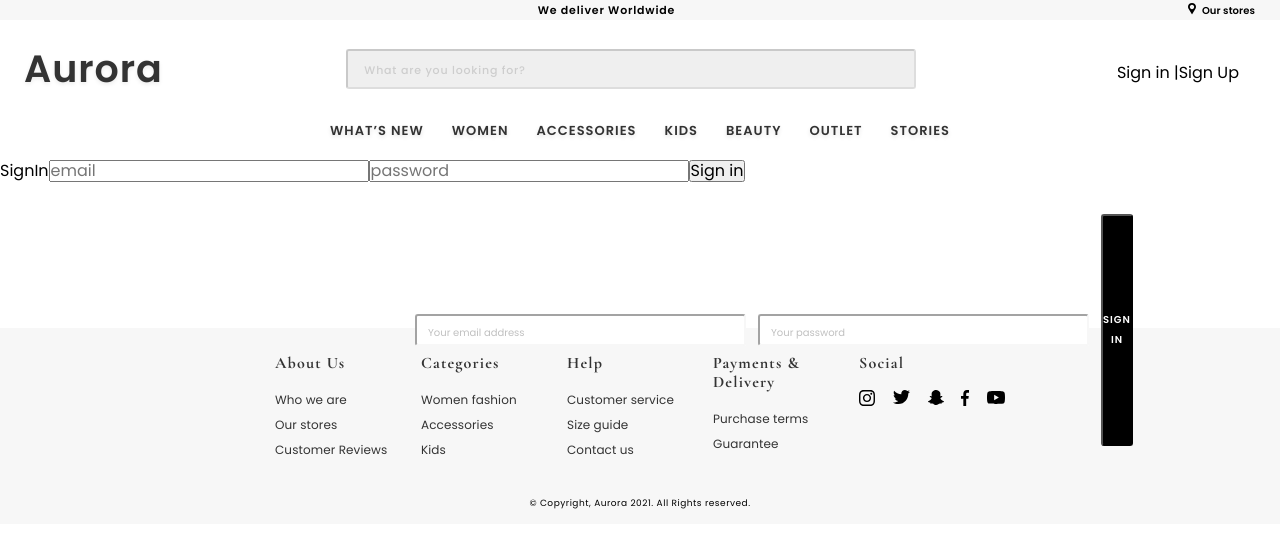
Repository: YuraKrvz/aurora-react-redux-toolkit-firebase
Page: /signIn
The author's editor kept a copy of each file at every save. The page is drawn from the files as they stood at one save, then again after the next save.
The browser window is 1280 px wide. The pictures show the whole page.
The project was rebuilt for these pictures with package versions that can differ from the ones it lists, and the page was loaded fresh each time. Also part of the build but not shown: src/components/MainSection/MainSection.jsx, src/pages/HomeGuest.jsx, src/pages/HomeUser.jsx, src/pages/SignUp.jsx.

Above is the page before, as saved 2021-11-29 13:08:21.

### public/index.html
<!DOCTYPE html>
<html lang="en">
  <head>
    <meta charset="utf-8" />
    <link rel="icon" href="%PUBLIC_URL%/favicon.ico" />
    <meta name="viewport" content="width=device-width, initial-scale=1" />
    <meta name="theme-color" content="#000000" />
    <meta
      name="description"
      content="Web site created using create-react-app"
    />
    <link rel="apple-touch-icon" href="%PUBLIC_URL%/logo192.png" />
    <link rel="manifest" href="%PUBLIC_URL%/manifest.json" />
    <link rel="preconnect" href="https://fonts.googleapis.com">
    <link rel="preconnect" href="https://fonts.googleapis.com">
    <link rel="preconnect" href="https://fonts.gstatic.com" crossorigin>
    <title>React App</title>
  </head>
  <body>
    <noscript>You need to enable JavaScript to run this app.</noscript>
    <div id="root"></div>
  </body>
</html>

### src/index.css
@import '~normalize.css';
@import url('https://fonts.googleapis.com/css2?family=Poppins:wght@100;200;300;400;500;600;700&display=swap');
@import url('https://fonts.googleapis.com/css2?family=Cormorant+Garamond:wght@300;400;500;600;700&display=swap');

*, ::after, ::before {
  margin: 0;
  padding: 0;
  box-sizing: border-box;
  font-family: var(--text-regular-poppins);
  color: var(--color-very-black);
}

:root{
  --text-regular-poppins: 'Poppins';
  --text-cormorant-garamond: 'Cormorant Garamond';

  --color-black: #333333;
  --color-very-black: #000000;
  --color-white:  #FFFFFF;
  --color-silver: #F7F7F7;

  --src-guest: './insta.svg';
  --src-user: './user.svg';
  --bg-wall: var(--src-guest);
}

### src/components/CustomRouter/CustomRouter.jsx
import { Routes, Route } from 'react-router-dom';
import HomeGuest from '../../pages/HomeGuest';
import HomeUser from '../../pages/HomeUser';
import SignIn from '../../pages/SignIn';
import SignUp from '../../pages/SignUp';
import {useAuthorization} from '../../hooks/useAuthorization';

const CustomRouter = () => {
   const {isAuth} = useAuthorization();

   return (
      <>
      <Routes>
         {
         isAuth ? (
            <>
               <Route path='/' element={<HomeUser />} />
               <Route path='/signIn' element={<SignIn />} />
               <Route path='/signUp' element={<SignUp />} />
            </>
         ) : (
            <>
               <Route path='/' element={<HomeGuest />} />
               <Route path='/signIn' element={<SignIn />} />
               <Route path='/signUp' element={<SignUp />} />
            </>
         )
         }
      </Routes>
      </>
   )
}

export default CustomRouter

### src/components/Header/Header.jsx
import React from 'react';
import s from './Header.module.css';
import { NavLink } from 'react-router-dom';
import GlobalSvgSelector from '../../source/GlobalSvgSelector';
import OverHeader from './OverHeader/OverHeader';
import Authorization from '../Authorization/Authorization';

const Header = () => {
   return (
      <>
         <header className={s.header}>
            <OverHeader />
            <div className={s.header_body}>
               <NavLink to='/' className={s.header_title}>Aurora</NavLink>
               <label className={s.input_wrap}>
                  <input className={s.header_searcher} type="text" placeholder="What are you looking for?" />
                  <GlobalSvgSelector className={s.icon} id="fill" color='black' />
               </label>
               <div>
                  <Authorization />
               </div>
            </div>
            <ul className={s.header_list}>
               <li className={s.header_list__item}>what’s new</li>
               <li className={s.header_list__item}>women</li>
               <li className={s.header_list__item}>accessories</li>
               <li className={s.header_list__item}>kids</li>
               <li className={s.header_list__item}>beauty</li>
               <li className={s.header_list__item}>outlet</li>
               <li className={s.header_list__item}>stories</li>
            </ul>
         </header>
      </>
   )
}

export default Header


// HEADER / Aurora
// <h6>{email}</h6>
//    <ul>
//       <li>
//          <NavLink  to='/' >home</NavLink>
//          <NavLink  to='/signIn' >signIn</NavLink>
//          <NavLink  to='/signUp' >signUp</NavLink>
//       </li>
//    </ul>
// </header>

### src/components/Footer/Footer.jsx
import GlobalSvgSelector from '../../source/GlobalSvgSelector';
import s from './Footer.module.css';

function Footer(){
   return (
      <>
         <footer className={s.footer}>
            <div className={s.footer_inner}>
               <div className={s.footer_item}>
                  <h6 className={s.title}>About Us</h6>
                  <ul className={s.list}>
                     <li className={s.text}>Who we are</li>
                     <li className={s.text}>Our stores</li>
                     <li className={s.text}>Customer Reviews</li>
                  </ul>
               </div>
               <div className={s.footer_item}>
                  <h6 className={s.title}>Categories</h6>
                  <ul className={s.list}>
                     <li className={s.text}>Women fashion</li>
                     <li className={s.text}>Accessories</li>
                     <li className={s.text}>Kids</li>
                  </ul>
               </div>
               <div className={s.footer_item}>
                  <h6 className={s.title}>Help</h6>
                  <ul className={s.list}>
                     <li className={s.text}>Customer service</li>
                     <li className={s.text}>Size guide</li>
                     <li className={s.text}>Contact us</li>
                  </ul>
               </div>
               <div className={s.footer_item}>
                  <h6 className={s.title}>Payments & Delivery</h6>
                  <ul className={s.list}>
                     <li className={s.text}>Purchase terms</li>
                     <li className={s.text}>Guarantee</li>
                  </ul>
               </div>
               <div className={s.footer_item}>
                  <h6 className={s.title}>Social</h6>
                  <ul className={s.list}>
                     <li className={s.social_icon}>
                        <a href="#"><GlobalSvgSelector id='instagram' /></a>
                        <a href="#"><GlobalSvgSelector id='twitter' /></a>
                        <a href="#"><GlobalSvgSelector id='snapchat' /></a>
                        <a href="#"><GlobalSvgSelector id='facebook' /></a>
                        <a href="#"><GlobalSvgSelector id='youtube' /></a>
                     </li>
                  </ul>
               </div>
            </div>
            <div className={s.copy_right}>
               <p>© Copyright, Aurora 2021. All Rights reserved.</p>
            </div>
         </footer>
      </>
   )
}

export default Footer

### src/pages/SignIn.jsx
import React, {useRef, useEffect} from 'react';
import s from '../components/MainSection/MainSection.module.css';
import {signIn} from '../firebase';
import {useDispatch} from 'react-redux';
import {setLogin} from '../store/slices/userSlice';

const SignIn = () => {
   const dispatch = useDispatch();
   const emailRef = useRef();
   const passwordRef = useRef();

   async function handler(){
      try{
         await signIn(emailRef.current.value, passwordRef.current.value)
         .then(({user}) => {
            console.log(user);
            dispatch(setLogin({
               email: user.email,
               id: user.uid,
               token: user.accessToken,
            }))
         })
      }
      catch(e){
         console.error(e)
      }
   }


   return (
      <div>
         SignIn
         <input ref={emailRef} placeholder='email' />
         <input ref={passwordRef} placeholder='password' />
         <button onClick={handler} >Sign in</button>

         <div className={s.section_register_field}>
         <label className={s.input_wrap}>
            <input className={s.section_register_input} type="email" placeholder='Your email address' />
            <input className={s.section_register_input} type="password" placeholder='Your password' />
            <button className={s.section_register_btn} >Sign In</button>
         </label>
         </div>
      </div>
   )
}

export default SignIn;

### src/hooks/useAuthorization.jsx
import {useSelector} from 'react-redux';

export function useAuthorization(){
   const {email, id, token} = useSelector(state => state.user);

   return {
      isAuth: !!email,
      email,
      id,
      token,
   }
}

### src/components/Header/Header.module.css
.header{
   width: 100%;
   height: 160px;
   /* background: linear-gradient(180deg, rgba(51, 51, 51, 0.9) 14.31%, rgba(27, 27, 27, 0.469176) 58.6%, rgba(0, 0, 0, 0.0001) 100%); */
   mix-blend-mode: normal;
   /* opacity: 0.24; */
   /* background: rgba(0, 0, 0, 0.1); */
   /* background-color: black; */
}
.header_body{
   display: flex;
   justify-content: space-between;
   align-items: center;
   padding: 0 24px;
}
.header_title{
   margin: 0;
   font-style: normal;
   font-weight: 600;
   font-size: 38px;
   line-height: 57px;
   letter-spacing: 0.95px;
   color: var(--color-black, --color-white);
   text-shadow: 0px 2px 4px rgba(0, 0, 0, 0.08);
   text-decoration: none;
}
.input_wrap{
   position: relative;
}
.header_searcher{
   background-color: silver;
   border-color: none;
   mix-blend-mode: normal;
   opacity: 0.24;
   border-radius: 3px;
   width: 570px;
   height: 40px;
   color: var(--color-very-black);
}
.icon{
   position: absolute;
   width: 17px;
   height: 17px;
   top: 30%;
   right: 10px;
   /* background-color: var(--color-very-black) */
}
.header_searcher::placeholder {
   padding: 16px;
   height: 17px;
   font-weight: 500;
   font-size: 11px;
   line-height: 16px;
   letter-spacing: 0.8px;
   color: var(--color-black, --color-white);
 }
.header_user{
   font-style: normal;
   font-weight: 600;
   font-size: 11px;
   line-height: 16px;
   text-align: right;
   letter-spacing: 1px;
   color: var(--color-black, --color-white);
}
.header_list{
   list-style: none;
   display: flex;
   justify-content: space-between;
   text-transform: uppercase;
   width: 620px;
   margin: 24px auto;
   padding-bottom: 25px;
}
.header_list__item{
   color: var(--color-black, --color-white);
   font-style: normal;
   font-weight: 600;
   font-size: 13px;
   line-height: 19px;
   text-align: center;
   letter-spacing: 1px;
   text-transform: uppercase;
   text-shadow: 0px 2px 4px rgba(0, 0, 0, 0.12);
   cursor: pointer;
}

### src/components/Header/OverHeader/OverHeader.jsx
import GlobalSvgSelector from "../../../source/GlobalSvgSelector"
import s from './OverHeader.module.css';

const OverHeader = () => {
   return (
      <>
         <div className={s.wrapper}>
            <div />
            <h6 className={s.title}>We deliver Worldwide</h6>
            <div className={s.wrapper_text}>
               <GlobalSvgSelector id="shape" />
               <p className={s.text}>Our stores</p>
            </div>
         </div>
      </>
   )
}

export default OverHeader

### src/components/Authorization/Authorization.jsx
import s from './Authorization.module.css';
import GlobalSvgSelector from '../../source/GlobalSvgSelector';
import { useAuthorization } from '../../hooks/useAuthorization';
import { NavLink } from 'react-router-dom';

const Authorization = () => {
   const {isAuth, email, id} = useAuthorization();

   return (
      <>
         {!isAuth ? (
            <div >
               <NavLink to='/signIn' className={s.header_user}>
                  Sign in
               </NavLink>  |
               <NavLink to='/signUn' className={s.header_user}>
                  Sign Up
               </NavLink>
               <GlobalSvgSelector id="basket" color='black'/>
            </div>
         ) : (
            <div className={s.login_field}>
               <p className={s.login}>Hi, {email}!</p>
               <GlobalSvgSelector id="basket" color='black'/>
               {/*<GlobalSvgSelector id="ball" color='black'/>*/}
            </div>
         )}

      </>
   )
}

export default Authorization

### src/components/Footer/Footer.module.css
.footer{
   background-color: var(--color-silver);
}
.footer_inner{
   display: flex;
   justify-content: center;
   padding-top: 26px;
}
.footer_item{
   width: 146px;
   height: 105px;
   margin-bottom: 38px;
}
.title{
   margin-bottom: 17px;
   font-family: var(--text-cormorant-garamond);
   font-size: 16px;
   line-height: 19px;
   letter-spacing: 1.16364px;
   color: var(--color-black);
}
.list{
   list-style: none;
}
.list li {
   cursor: pointer;
}
.social_icon{
   display: flex;
   justify-content: space-between;
}
.text{
   margin-bottom: 6px;
   font-style: normal;
   font-weight: normal;
   font-size: 12px;
   line-height: 19px;
   letter-spacing: 0.1px;
   color: var(--color-black);
}
.copy_right{
   padding-bottom: 14px;
   font-style: normal;
   font-weight: normal;
   font-size: 9px;
   line-height: 13px;
   text-align: center;
   letter-spacing: 0.5px;
   color: var(--color-black);
}

### src/components/MainSection/MainSection.module.css
.section{

   height: 100vh;
   background-position: center;
   background-size: cover;
   background-repeat: no-repeat;
   display: flex;
   flex-direction: column;
}
.guest{
   background-image: url(./insta.svg);
}
.user{
   background-image: url(./user.svg);
}
.title{
   margin: auto;
   font-style: normal;
   font-weight: bold;
   font-size: 60px;
   line-height: 90px;
   text-align: center;
   color: var(--color-white);
}
.section_register_field{
   display: block;
   margin: 32px auto;
   width: 450px;
   height: 82px;
}
.text{
   margin-bottom: 14px;
   font-style: normal;
   font-weight: normal;
   font-size: 12px;
   line-height: 18px;
   letter-spacing: 0.872727px;
   color: var(--color-black);
}
.input_wrap{
   display: flex;
   align-items: center;
}
.section_register_input{
   padding: 7px 0 7px 11px;
   width: 335px;
   height: 32px;
   margin-right: 12px;
   border-radius: 3px;
   border-color: var(--color-silver);
}
.section_register_input::placeholder{
   color: silver;
   font-size: 10px;
}
.section_register_btn{
   width: 294px;
   height: 232px;
   border-radius: 3px;
   /* border: transparent; */
   background-color: var(--color-very-black);
   color: var(--color-white);
   font-style: normal;
   font-weight: 600;
   font-size: 10px;
   line-height: 20px;
   text-align: center;
   letter-spacing: 1px;
   text-transform: uppercase;
   cursor: pointer;
}

### src/components/Header/OverHeader/OverHeader.module.css
.wrapper{
   width: 100%;
   height: 20px;
   display: flex;
   justify-content: space-between;
   align-items: center;
   padding: 4px 25px;
   font-weight: 600;
   background-color: var(--color-silver, --color-white);
   margin-bottom: 20px;
}
.title{
   font-style: normal;
   font-weight: 500;
   font-size: 11px;
   line-height: 16px;
   text-align: center;
   letter-spacing: 0.8px;
   font-weight: 600;
}
.wrapper_text{
   display: flex;
}
.text{
   padding-left: 6px;
   font-family: Poppins;
   font-style: normal;
   font-size: 10px;
   line-height: 15px;
   text-align: right;
   letter-spacing: 0.0833333px;
}

### src/components/Authorization/Authorization.module.css
.login_field{
   display: flex;
   align-items: center;
}
.login{
   margin-right: 17px;
   font-style: normal;
   font-weight: 600;
   font-size: 11px;
   line-height: 16px;
   text-align: right;
   letter-spacing: 1px;
   color: var(--color-very-black);
}
.header_user{
   text-decoration: none;
}

Loaded but not shown: src/firebase.js (22 lines, source omitted); src/store/slices/userSlice.js (27 lines, source omitted); src/App.js (23 lines, source omitted); src/index.js (13 lines, source omitted); src/store/index.js (8 lines, source omitted); src/source/GlobalSvgSelector.jsx (88 lines, source omitted)

After the next save:
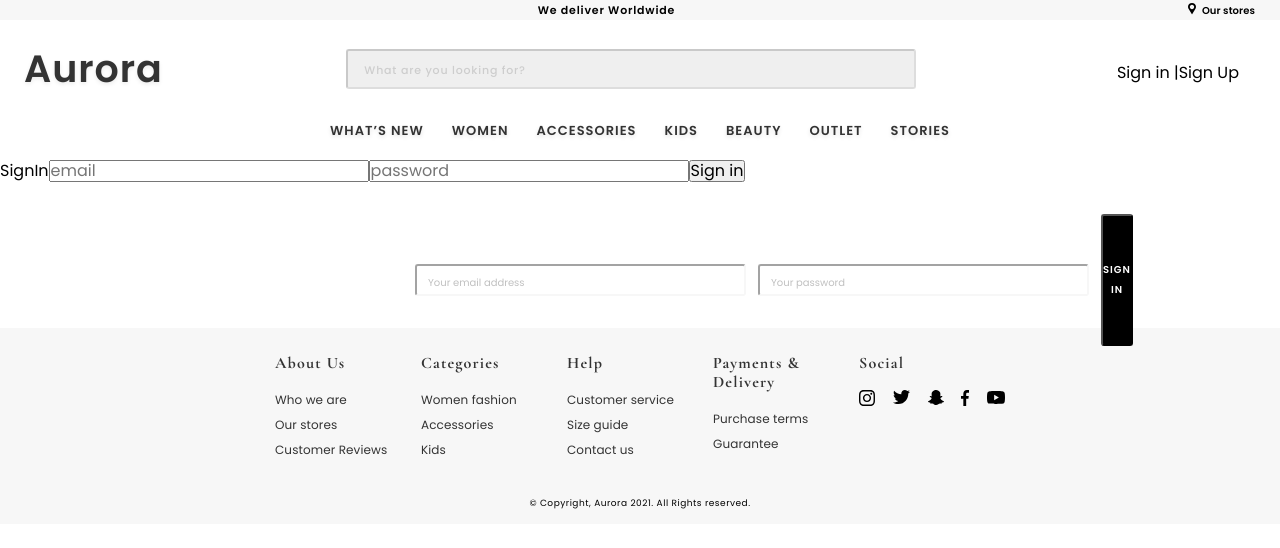
Saved 11 s later.
--- a/src/components/MainSection/MainSection.module.css
+++ b/src/components/MainSection/MainSection.module.css
@@ -54,8 +54,8 @@
    font-size: 10px;
 }
 .section_register_btn{
-   width: 294px;
-   height: 232px;
+   width: 194px;
+   height: 132px;
    border-radius: 3px;
    /* border: transparent; */
    background-color: var(--color-very-black);
